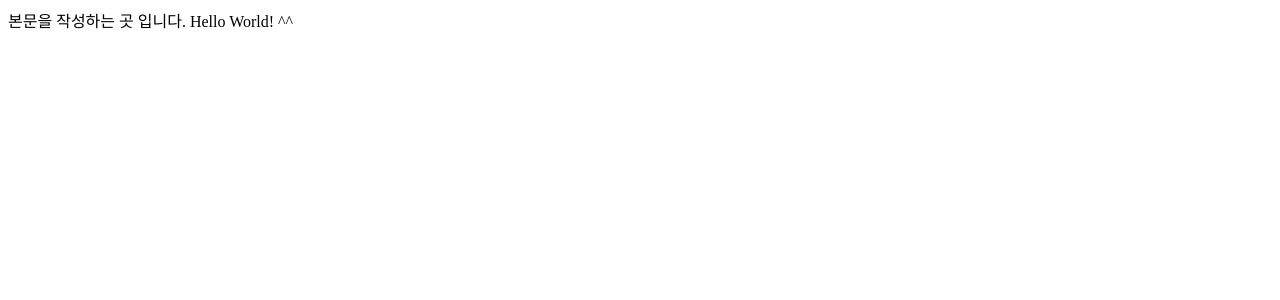
Repository: bjKim2/JSP
Page: HTML/src/main/webapp/Lec01.html
These files come from the project's save history. The page is drawn as it stood at one moment and after the next save; the edit follows.
The browser window is 1280 px wide. The pictures show the whole page.

Above is the page before, as saved 2022-03-15 01:33:47.

### HTML/src/main/webapp/Lec01.html
<!DOCTYPE html>
<html>
	<head>
	<meta charset="UTF-8">
	<title>Title</title>
	</head>

	<body>

		본문을 작성하는 곳 입니다.
		Hello World! ^^

	</body>
</html>

After the next save:
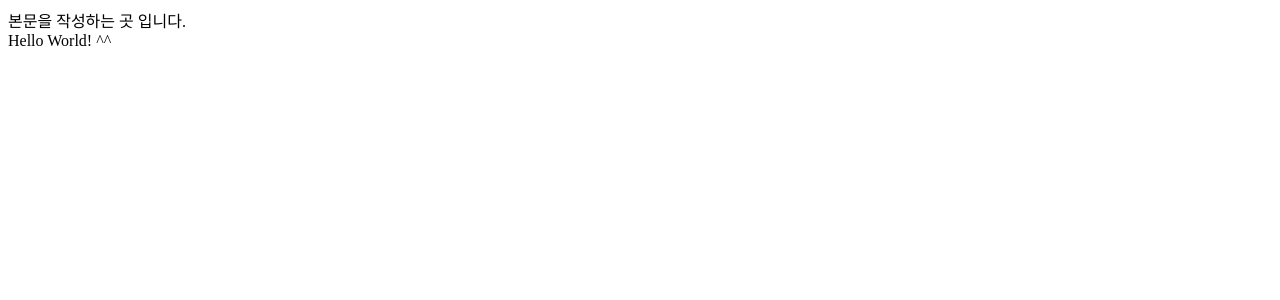
Saved 33 s later.
--- a/HTML/src/main/webapp/Lec01.html
+++ b/HTML/src/main/webapp/Lec01.html
@@ -7,7 +7,7 @@
 
 	<body>
 
-		본문을 작성하는 곳 입니다.
+		본문을 작성하는 곳 입니다. <br>
 		Hello World! ^^
 
 	</body>
